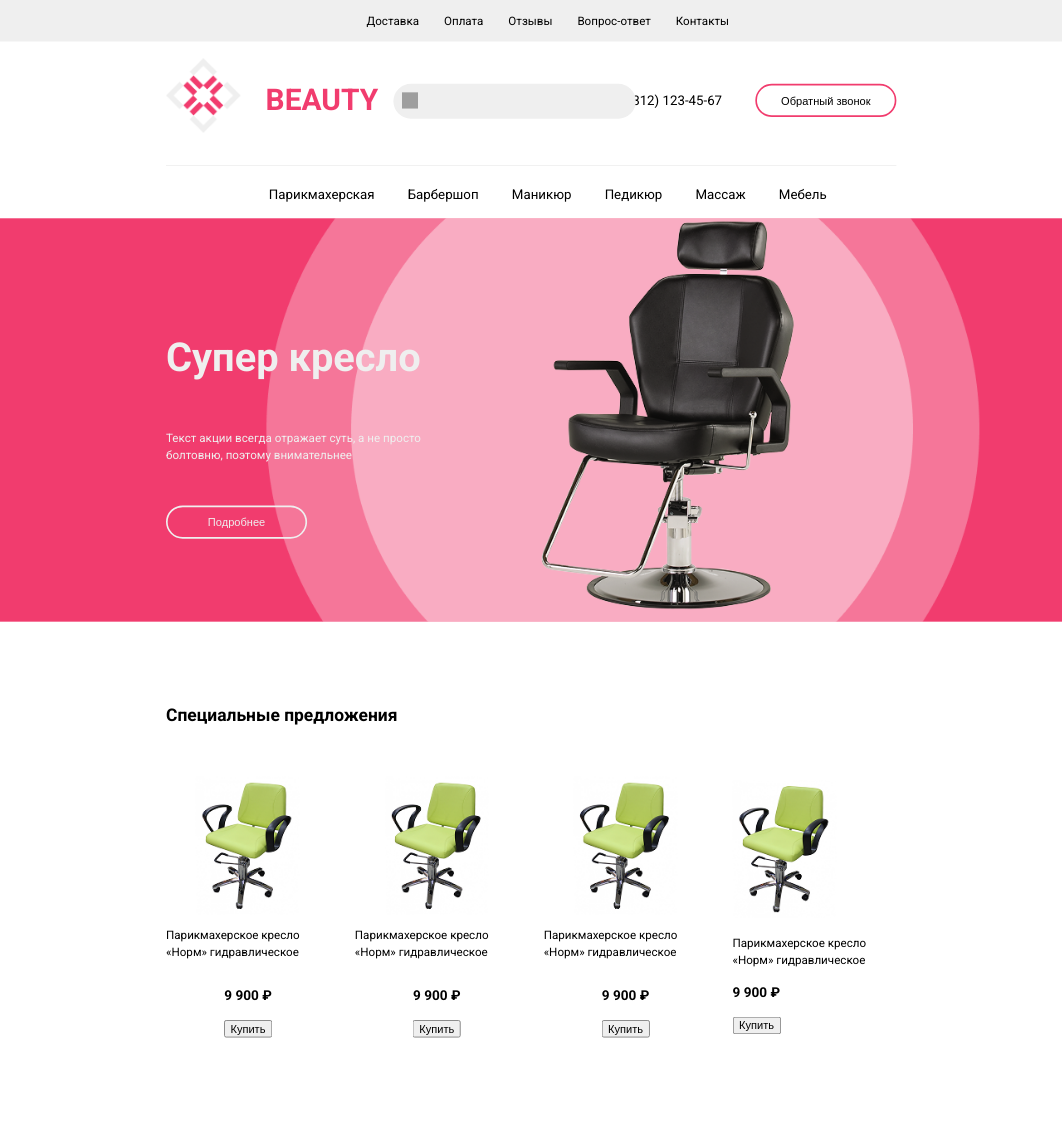
Repository: savannaaaas/verstka
Page: index.html
These files come from the project's save history. The page is drawn as it stood at one moment and after the next save; the edit follows.
The browser window is 1280 px wide. The pictures show the whole page, at 83% of full size.
Pictures or frames that could not be fetched are drawn as grey boxes. Some web fonts or font styles are not loaded; a fallback is used.

Above is the page before, as saved 2025-04-16 10:55:12.

### index.html
<!DOCTYPE html>
<html lang="en">
<head>
    <meta charset="UTF-8">
    <meta name="viewport" content="width=device-width, initial-scale=1.0">
    <title>Figma</title>
    <link rel="preconnect" href="https://fonts.googleapis.com">
    <link rel="preconnect" href="https://fonts.gstatic.com" crossorigin>
    <link href="https://fonts.googleapis.com/css2?family=Istok+Web:ital,wght@0,400;0,700;1,400;1,700&family=Italiana&family=Jura:wght@300..700&family=Roboto:ital,wght@0,100..900;1,100..900&display=swap" rel="stylesheet">
    <link rel="stylesheet" href="style.css">
</head>
<body>
    <div class="content">
        <div class="top-line">
            <ul>
                <li>Доставка</li>
                <li>Оплата</li>
                <li>Отзывы</li>
                <li>Вопрос-ответ</li>
                <li>Контакты</li>
            </ul>
        </div>
        <div class="second-line">
            <div class="second-line-content">
                <div class="logo">
                    <img alt="logo" src="logo.png">
                    <h1>BEAUTY</h1>
                </div>
            <div class="search">
                <input class="search">
                <img alt="search" src="search.png">
            </div>
            <div class="contact">
                <p>8 (812) 123-45-67</p>
                <button>Обратный звонок</button>
            </div>
        </div>
            <hr class="line">
            <div class="service">
                <ul>
                    <li>Парикмахерская</li>
                    <li>Барбершоп</li>
                    <li>Маникюр</li>
                    <li>Педикюр</li>
                    <li>Массаж</li>
                    <li>Мебель</li>
                </ul>
            </div>
        </div>
        <div class="sale">
            <div class="text-armchair">
                <h1>Супер кресло</h1>
                <p>Текст акции всегда отражает суть, а не просто болтовню, поэтому внимательнее</p>
                <button>Подробнее</button>
            </div>
            <img class="elipse1" alt="elipse" src="elipse1.png">
            <img class="elipse2" alt="elipse" src="ellipse2.png">
            <img class="chair" alt="chair" src="armchairs.png">
        </div>
        <div class="goods">
            <h2>Специальные предложения</h2>
            <div class="armChairsGreen">
                <div class="armchair1">
                    <img alt="armchair" src="greenArmchair.png">
                    <p class="text-greenArmchair">Парикмахерское кресло «Норм» гидравлическое</p>
                    <h3>9 900 ₽</h3>
                    <button>Купить</button>
                </div>
                <div class="armchair2">
                    <img alt="armchair" src="greenArmchair.png">
                    <p class="text-greenArmchair">Парикмахерское кресло «Норм» гидравлическое</p>
                    <h3>9 900 ₽</h3>
                    <button>Купить</button>
                </div>
                <div class="armchair3">
                    <img alt="armchair" src="greenArmchair.png">
                    <p class="text-greenArmchair">Парикмахерское кресло «Норм» гидравлическое</p>
                    <h3>9 900 ₽</h3>
                    <button>Купить</button>
                </div>
                <div class="armchair4">
                    <img alt="armchair" src="greenArmchair.png">
                    <p class="text-greenArmchair">Парикмахерское кресло «Норм» гидравлическое</p>
                    <h3>9 900 ₽</h3>
                    <button>Купить</button>
                </div>
            </div>

        </div>

    </div>
</body>
</html>

### style.css
body {
    min-height: 100vh;
    max-width: 1920px;
    margin: 0 auto;
    scroll-behavior: smooth;
    text-rendering: optimizeSpeed;
    line-height: 1.5;
    padding: 0;
    font-family: "Roboto", sans-serif;
    font-weight: 400;
    font-style: normal;
    font-size: 14px;

  }
  .top-line{
    display: flex;
    background-color: #EFEFEF;
    height: 50px;
    align-items: center;
    justify-content: center;

  }
   .top-line ul{
    display: flex;
    list-style: none;
    flex-wrap: nowrap;
    gap: 30px;
   }
   .second-line{
    display: flex;
    margin: 0 auto;
    align-items: center;
    flex-direction: column;
    padding: 0px 200px;

   }
   .second-line-content{
    width: 100%;
    height: 100%;
    display: flex;
    margin: 0 auto;
    align-items: center;
  justify-content: space-between;
  padding: 20px 0;
   }

.logo{
    display: flex;
    flex-wrap: nowrap;
    gap: 30px;
   }
.logo img{
    width: 90px;
    height: 90px;
}
 .logo h1{
    font-size: 36px;
    color: #F13C6E;
   }

   .search {
    position: relative;
    width: 250px;
    height: 40px;
  }

  .search input {
    border-radius: 40px;
    width: 100%;
    height: 100%;
    border: none;
    background-color: #EFEFEF;
    padding-left: 40px;
  }

  .search img {
    position: absolute;
    left: 10px;
    top: 50%;
    transform: translateY(-50%);
    width: 20px;
    height: 20px;
    pointer-events: none;
  }
  .contact{
    display: flex;
    gap: 40px;
    align-items: center;

  }
  .contact p{
    font-size: 16px;
  }
  .contact button{
    width: 170px;
    height: 40px;
    border: 2px solid #F13C6E;
    border-radius: 40px;
    background: transparent;
  }
hr{
    width: 100%;
    border: none;
    border-top: 1px solid #EFEFEF;
}
.service ul{
    display: flex;
    list-style: none;
    flex-wrap: nowrap;
    gap: 40px;
    font-size: 16px;
   }
   .sale{
    display: flex;
    position: relative;
    background-color: #F13C6E;
    justify-content: space-between;
    align-items: center;
    padding: 100px 200px;
    /**/
    overflow: hidden;
   }

   .elipse1 {
    position: absolute;
    right: 100px;
    top: 50%;
    transform: translateY(-50%);
    z-index: 0;
  }

  .elipse2 {
    position: absolute;
    right: 180px;
    top: 50%;
    transform: translateY(-50%);
    z-index: 1;
  }

  .chair {
    position: absolute;
    right: 180px;
    top: 50%;
    transform: translateY(-50%);
    z-index: 2;
  }

  .text-armchair {
    z-index: 3;
    max-width: 350px;
    color: #EFEFEF;
  }

   .text-armchair h1{
    font-size: 48px;
    color: #EFEFEF;
   }
   .text-armchair p{
    font-size: 14px;
    color: #EFEFEF;
    margin: 50px 0;
   }
   .text-armchair button{
    width: 170px;
    height: 40px;
   background: transparent;
   border-radius: 40px;
   border: 2px solid #EFEFEF;
   color: #EFEFEF;
   }
   .goods{
    padding: 80px 200px;
   }
   .armChairsGreen{
   display: flex;
   justify-content: center;
   align-items: center;
   flex-direction: row;
   gap: 30px;
   padding: 40px 0px;
   }
   .armchair1, .armchair2, .armchair3, .armchair3{
    display: flex;
    justify-content: center;
    align-items: center;
    flex-direction: column;
   }

After the next save:
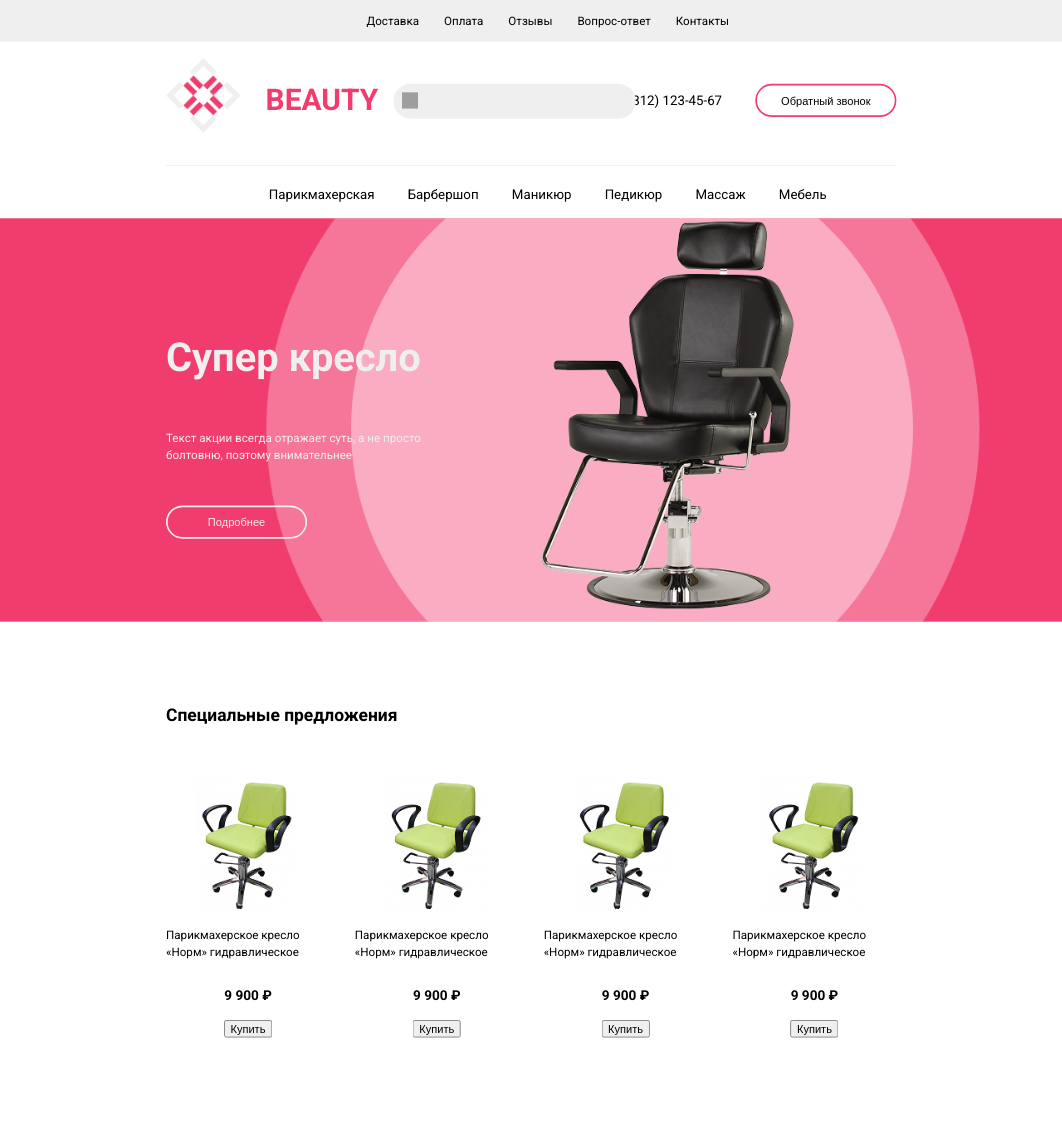
Saved 90 s later.
--- a/style.css
+++ b/style.css
@@ -179,7 +179,7 @@
    gap: 30px;
    padding: 40px 0px;
    }
-   .armchair1, .armchair2, .armchair3, .armchair3{
+   .armchair1, .armchair2, .armchair3, .armchair4{
     display: flex;
     justify-content: center;
     align-items: center;
